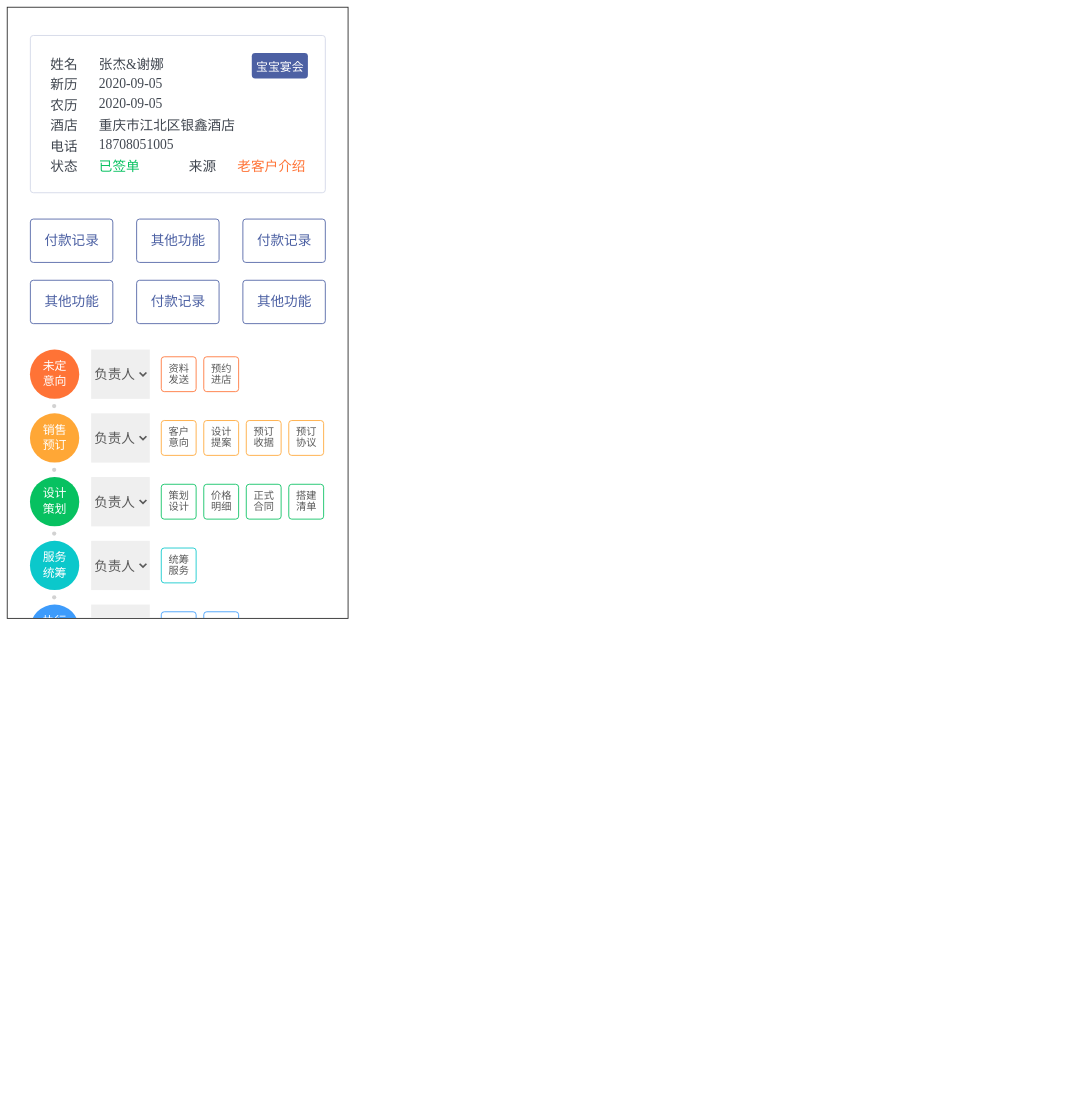
Repository: Lairuola/wedding-1
Page: index.html
The author's editor kept a copy of each file at every save. The page is drawn from the files as they stood at one save, then again after the next save.
The browser window is 1280 px wide. The pictures show the whole page, at 85% of full size.

Above is the page before, as saved 2020-12-24 15:19:07.

After the next save:
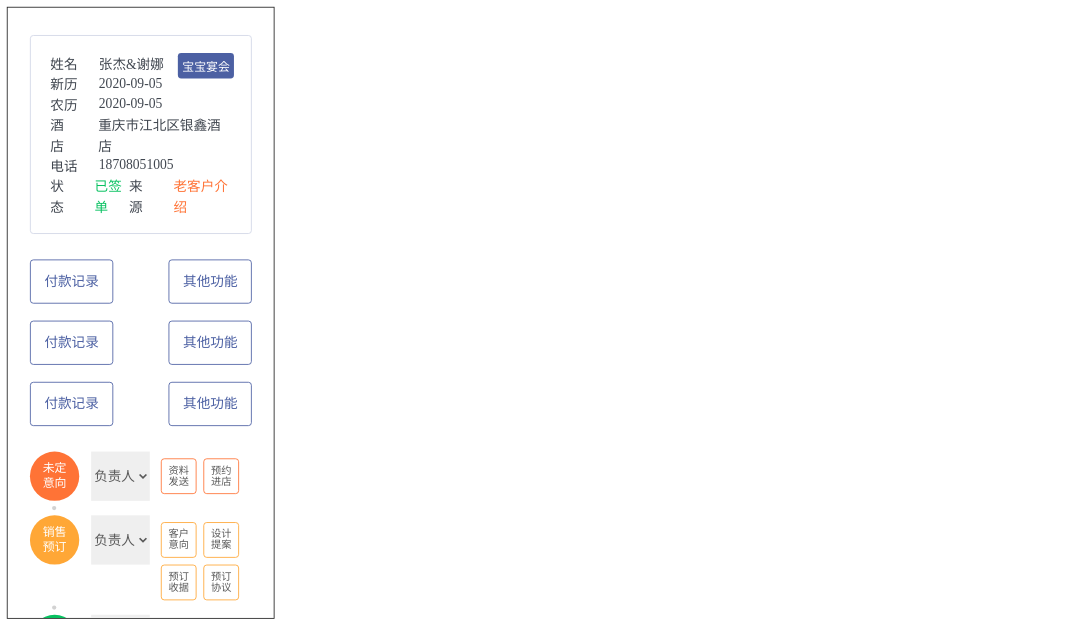
Saved 30 s later.
--- a/index.html
+++ b/index.html
@@ -2,7 +2,7 @@
  * @Author       : 濑若拉
  * @Date         : 2020-12-17 10:22:14
  * @LastEditors  : 濑若拉
- * @LastEditTime : 2020-12-24 15:19:07
+ * @LastEditTime : 2020-12-24 15:19:37
  * @FilePath     : /slidebar/index.html
 -->
 
@@ -286,7 +286,7 @@
   </style>
 </head>
 
-<body>
+<body style="display: flex;flex-direction: row;">
   <div class="slide-left">
     <!-- 资料 -->
     <div class="info">
